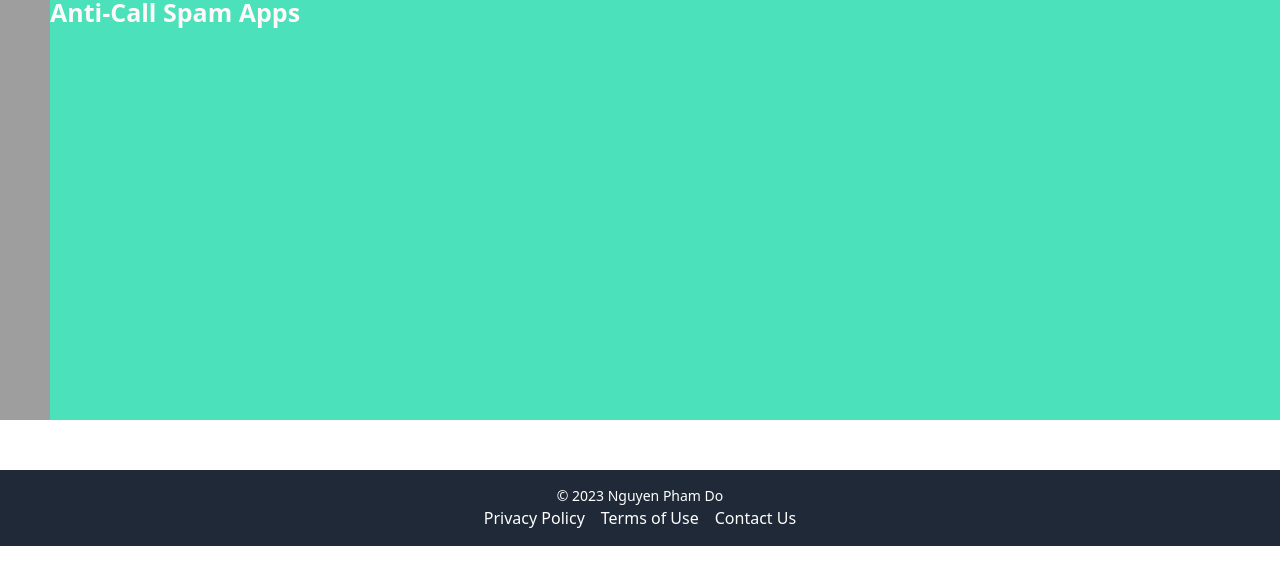
Repository: NPham1402/Web-user-callSpamBlocker
Page: /detail
The author's editor kept a copy of each file at every save. The page is drawn from the files as they stood at one save, then again after the next save.
The browser window is 1280 px wide. The pictures show the whole page.
Pictures or frames that could not be fetched are drawn as grey boxes. The project was rebuilt for these pictures with package versions that can differ from the ones it lists, and the page was loaded fresh each time. The framework's server and built-in components were replaced by stand-ins that run in the browser. Also part of the build but not shown: next.config.js.

Above is the page before, as saved 2023-02-09 20:41:07.

### pages/detail.js
import Head from "next/head";
import { useRouter } from "next/router";
import React from "react";

function detail() {
  const router = useRouter();
  const {
    query: { id },
  } = router;
  return (
    <>
      {" "}
      <Head>
        <title>Check number spam</title>
        <meta name="description" content="Generated by create next app" />
        <meta name="viewport" content="width=device-width, initial-scale=1" />
        <link rel="icon" href="/favicon.ico" />
      </Head>
      <main className="relative">
        <div className="w-100 flex flex-row h-[420px] bg-[#4BE1BA]">
          <img
            src="https://static.callblocker.org/img/logo.png"
            className=" w-[50px]"
          />
          <p className=" leading-none font-Raleway font-semibold text-[25px] text-[#FFF8F8] ">
            Anti-Call Spam Apps
          </p>
        </div>
      </main>
      <footer class="bg-gray-800 mt-[50px] text-white py-4">
        <div class="container mx-auto">
          <p class="text-center text-sm">&copy; 2023 Nguyen Pham Do</p>
          <div class="flex justify-center">
            <a href="#" class="text-white mx-2">
              Privacy Policy
            </a>
            <a href="#" class="text-white mx-2">
              Terms of Use
            </a>
            <a href="#" class="text-white mx-2">
              Contact Us
            </a>
          </div>
        </div>
      </footer>
    </>
  );
}

export default detail;

### styles/globals.css
@tailwind base;
@tailwind components;
@tailwind utilities;
@import url('https://fonts.googleapis.com/css2?family=Raleway:ital&display=swap');

Loaded but not shown: pages/_app.js (common file); pages/_document.js (common file); tailwind.config.js (common file)

After the next save:
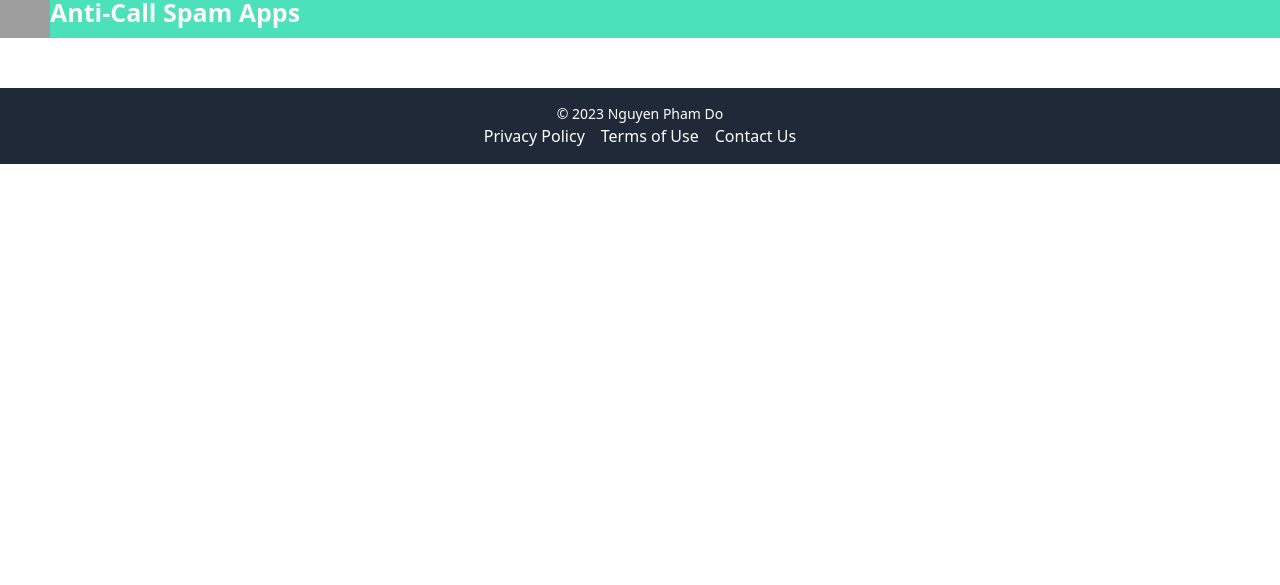
Saved 8 s later.
--- a/pages/detail.js
+++ b/pages/detail.js
@@ -17,7 +17,7 @@ function detail() {
         <link rel="icon" href="/favicon.ico" />
       </Head>
       <main className="relative">
-        <div className="w-100 flex flex-row h-[420px] bg-[#4BE1BA]">
+        <div className="w-100 flex flex-row h-100x] bg-[#4BE1BA]">
           <img
             src="https://static.callblocker.org/img/logo.png"
             className=" w-[50px]"
